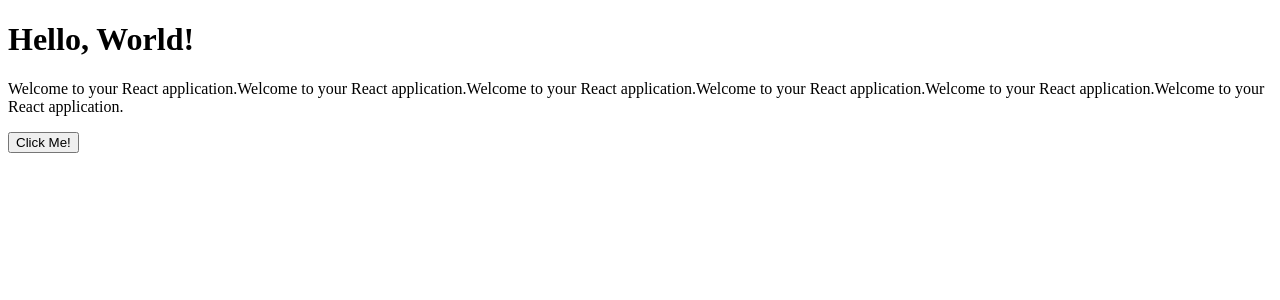
Repository: wendeshiro/D3-F-week1
Page: /
The author's editor kept a copy of each file at every save. The page is drawn from the files as they stood at one save, then again after a run of saves.
The browser window is 1280 px wide. The pictures show the whole page.
The project was rebuilt for these pictures with package versions that can differ from the ones it lists, and the page was loaded fresh each time. Also part of the build but not shown: vite.config.js, src/index.css.

Above is the page before, as saved 2025-09-08 15:43:59.

After the next 2 saves:
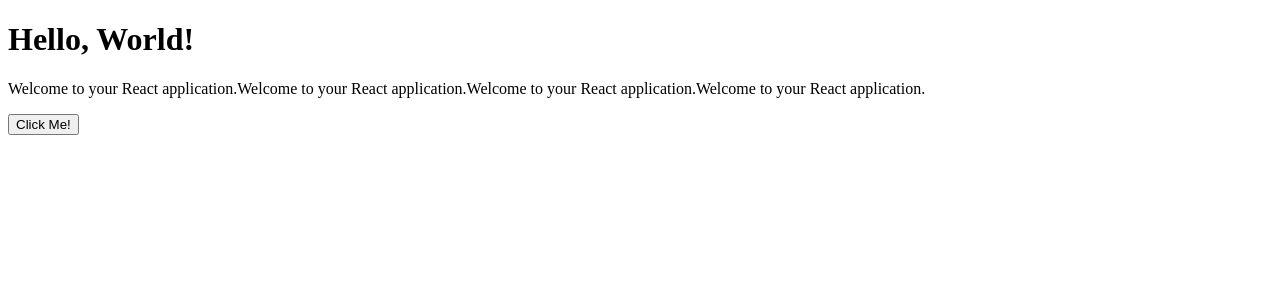
The 2 saves are shown as one change because they came seconds apart.
The last was saved 16 s later.
--- a/src/App.jsx
+++ b/src/App.jsx
@@ -2,7 +2,7 @@ function App() {
   return (
     <div className="Title">
       <h1>Hello, World!</h1>
-      <p>Welcome to your React application.Welcome to your React application.Welcome to your React application.Welcome to your React application.Welcome to your React application.Welcome to your React application.</p>
+      <p>Welcome to your React application.Welcome to your React application.Welcome to your React application.Welcome to your React application.</p>
       <button>Click Me!</button>
     </div>
   );
